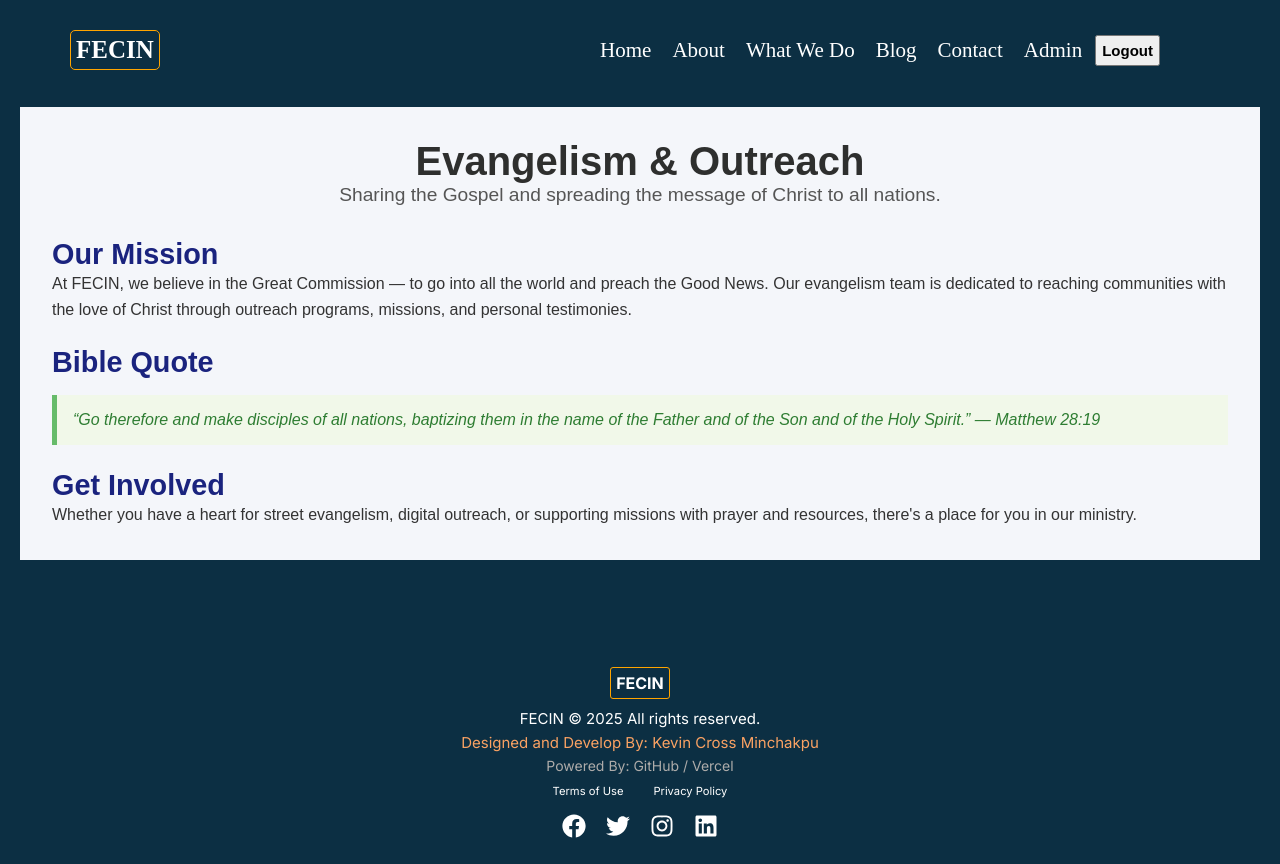
Repository: KCMinchakpu/fecin-projectgs497
Page: /evangelism
The author's editor kept a copy of each file at every save. The page is drawn from the files as they stood at one save, then again after the next save.
The browser window is 1280 px wide. The pictures show the whole page.
The project was rebuilt for these pictures with package versions that can differ from the ones it lists, and the page was loaded fresh each time. The framework's server and built-in components were replaced by stand-ins that run in the browser. Also part of the build but not shown: next.config.mjs.

Above is the page before, as saved 2025-04-06 14:02:21.

After the next save:
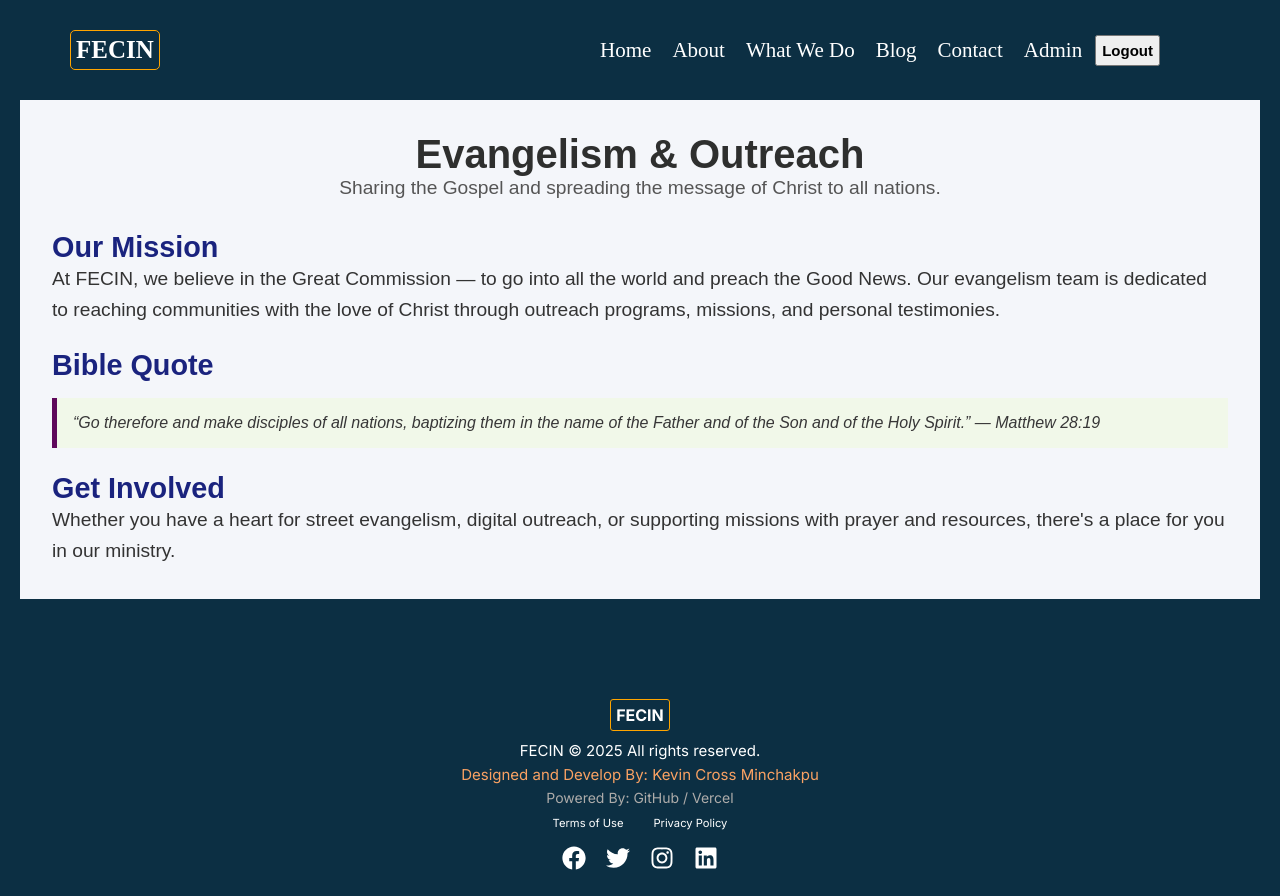
Saved 109 s later.
--- a/src/app/evangelism/Evangelism.module.css
+++ b/src/app/evangelism/Evangelism.module.css
@@ -28,16 +28,16 @@
   }
 
   .content p {
-    font-size: 1rem;
+    font-size: 1.2rem;
     line-height: 1.6;
     color: #333;
   }
 
   .quote {
     background-color: #f1f8e9;
-    border-left: 5px solid #66bb6a;
+    border-left: 5px solid #5f095b;
     padding: 1rem;
     margin: 1rem 0;
     font-style: italic;
-    color: #2e7d32;
+    color: #373637;
   }
